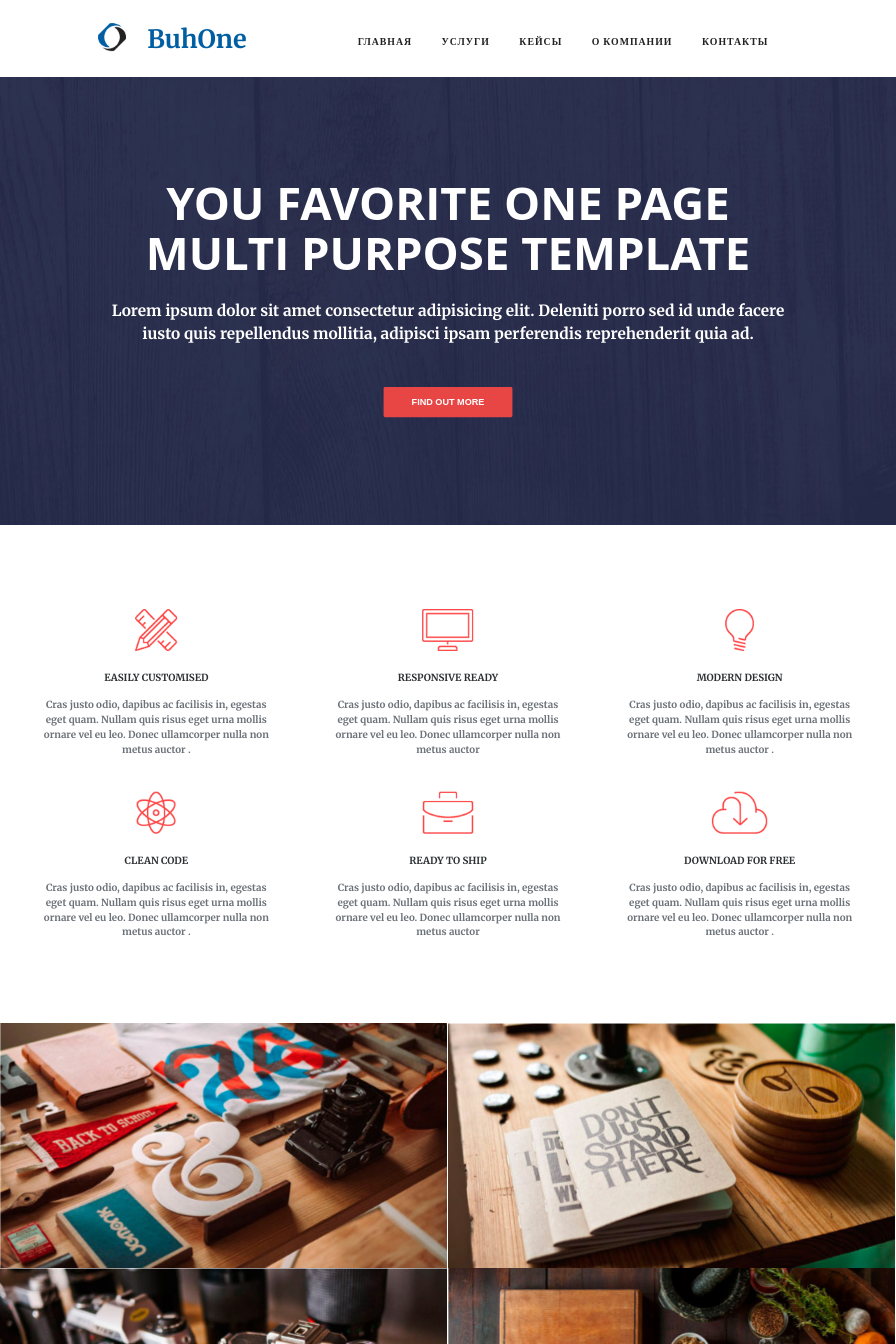
Repository: ZetsubouBilly/test
Page: index.html
These files come from the project's save history. The page is drawn as it stood at one moment and after the next save; the edit follows.
The browser window is 1280 px wide. The pictures show the part of the page from y = 0 to 1920 px (the page is 4929 px tall), at 70% of full size.

Above is the page before, as saved 2023-05-13 12:33:59.

### index.html
<!DOCTYPE html>
<html lang="ru">
<head>
    <meta charset="UTF-8">
    <meta name="viewport" content="width=device-width, initial-scale=1.0, minimum-scale=1.0, maximum-scale=1.0">  <link rel="preconnect" href="https://fonts.gstatic.com">
    <link rel="preconnect" href="https://fonts.googleapis.com">
    <link rel="preconnect" href="https://fonts.gstatic.com" crossorigin>
    <link href="https://fonts.googleapis.com/css2?family=Lato:wght@300;400&family=Merriweather:wght@700;900&display=swap" rel="stylesheet">
    <link rel="stylesheet" type="text/css" href="https://cdn.jsdelivr.net/npm/slick-carousel@1.8.1/slick/slick.css"/>
    <link rel="stylesheet" href="css/style.css">

   <meta name="description" content="Описание страницы">
   <meta name="google" content="notranslate" />
   <meta name="keywords" content="создаие сайтов, верстка сайтов" />

    <title>BuhOne</title>

    <script src="https://cdnjs.cloudflare.com/ajax/libs/jquery/3.5.1/jquery.min.js"></script>

</head>
<body>



<!-- Header -->

 <header class="header" id="header">

            <div class="header__inner">
                <div class="header__inner_l">
                    <div class="header__logo">
                        <img src="img/logo.png" alt="">
                        <p class="header__logo_name">BuhOne</p>
                    </div>
                </div>
                <div class="header__inner_r">
                    <div class="top-line">
                        <div class="top-line_info">
                            <img class="top-line_info_img" src="" alt="">
                            <p class="line_info_text"></p>

                        </div>
                    </div>
                    <nav class="nav" id="nav">
                        <a class="nav__link" href="#" data-scroll="#features">Главная</a>
                        <a class="nav__link" href="#" data-scroll="#works">Услуги</a>
                        <a class="nav__link" href="#" data-scroll="#team">Кейсы</a>
                        <a class="nav__link" href="#" data-scroll="#reviews">О компании</a>
                        <a class="nav__link" href="#" data-scroll="#download">Контакты</a>
                    </nav>
                </div>




                <button class="burger" type="button" id="navToggle">
                    <span class="burger__item">Menu</span>
                </button>

            </div>

 </header>


 <!-- Intro -->

<div class="intro" id="intro">
    <div class="container">
        <div class="intro__inner">
             <h1 class="intro__title">You Favorite One Page Multi Purpose Template</h1>
             <h2 class="intro__subtitle">Lorem ipsum dolor sit amet consectetur adipisicing elit.
                 Deleniti porro sed id unde facere iusto quis repellendus mollitia, adipisci ipsam
                 perferendis reprehenderit quia ad.</h2>
                 <a class="btn  btn--red" href="">Find Out More</a>
        </div>
    </div>
</div>



<!-- Features -->

<div class="container" id="features">
    <div class="features">
        <div class="features__item">
            <img class="features__icon" src="img/features/feature-1.png" alt="">
            <h4 class="features__title">Easily Customised</h4>
            <div class="features__text">Cras justo odio, dapibus ac facilisis in,
                 egestas eget quam. Nullam quis risus eget urna mollis ornare
                 vel eu leo.
                 Donec ullamcorper nulla non metus auctor .</div>
        </div>

        <div class="features__item">
            <img class="features__icon" src="img/features/feature-2.png" alt="">
            <h4 class="features__title">Responsive Ready</h4>
            <div class="features__text">Cras justo odio, dapibus ac facilisis in,
                 egestas eget quam. Nullam quis risus eget urna mollis ornare vel
                  eu leo.
                 Donec ullamcorper nulla non metus auctor </div>

        </div>


        <div class="features__item">
            <img class="features__icon" src="img/features/feature-3.png" alt="">
            <h4 class="features__title">Modern Design</h4>
            <div class="features__text">Cras justo odio, dapibus ac facilisis in,
                 egestas eget quam. Nullam quis risus eget urna mollis ornare
                 vel eu leo.
                 Donec ullamcorper nulla non metus auctor .</div>
        </div>

        <div class="features__item">
            <img class="features__icon" src="img/features/feature-4.png" alt="">
            <h4 class="features__title">Clean Code</h4>
            <div class="features__text">Cras justo odio, dapibus ac facilisis in,
                 egestas eget quam. Nullam quis risus eget urna mollis ornare
                 vel eu leo.
                 Donec ullamcorper nulla non metus auctor .</div>
        </div>

        <div class="features__item">
            <img class="features__icon" src="img/features/feature-5.png" alt="">
            <h4 class="features__title">Ready To Ship</h4>
            <div class="features__text">Cras justo odio, dapibus ac facilisis in,
                 egestas eget quam. Nullam quis risus eget urna mollis ornare vel
                  eu leo.
                 Donec ullamcorper nulla non metus auctor </div>

        </div>


        <div class="features__item">
            <img class="features__icon" src="img/features/feature-6.png" alt="">
            <h4 class="features__title">Download For Free</h4>
            <div class="features__text">Cras justo odio, dapibus ac facilisis in,
                 egestas eget quam. Nullam quis risus eget urna mollis ornare
                 vel eu leo.
                 Donec ullamcorper nulla non metus auctor .</div>
        </div>
    </div><!-- /Features -->
</div>  <!-- /container -->


<!-- Works -->

<div class="works" id="works">
    <div class="works__item">
        <img class="works__photo" src="img/works/work-1.jpg" alt="">
        <div class="works__content">
            <div class="works__title">Project Name</div>
            <div class="works__text">User Interface Design</div>
        </div>
    </div>

    <div class="works__item">
        <img class="works__photo" src="img/works/work-2.jpg" alt="">
        <div class="works__content">
            <div class="works__title">Project Name</div>
            <div class="works__text">User Interface Design</div>
        </div>
    </div>

    <div class="works__item">
        <img class="works__photo" src="img/works/work-3.jpg" alt="">
        <div class="works__content">
            <div class="works__title">Project Name</div>
            <div class="works__text">User Interface Design</div>
        </div>
    </div>

    <div class="works__item">
        <img class="works__photo" src="img/works/work-4.jpg" alt="">
        <div class="works__content">
            <div class="works__title">Project Name</div>
            <div class="works__text">User Interface Design</div>
        </div>
    </div>

    <div class="works__item">
        <img class="works__photo" src="img/works/work-5.jpg" alt="">
        <div class="works__content">
            <div class="works__title">Project Name</div>
            <div class="works__text">User Interface Design</div>
        </div>
    </div>

    <div class="works__item">
        <img class="works__photo" src="img/works/work-6.jpg" alt="">
        <div class="works__content">
            <div class="works__title">Project Name</div>
            <div class="works__text">User Interface Design</div>
        </div>
    </div>

    <div class="works__item">
        <img class="works__photo" src="img/works/work-7.jpg" alt="">
        <div class="works__content">
            <div class="works__title">Project Name</div>
            <div class="works__text">User Interface Design</div>
        </div>
    </div>

    <div class="works__item">
        <img class="works__photo" src="img/works/work-8.jpg" alt="">
        <div class="works__content">
            <div class="works__title">Project Name</div>
            <div class="works__text">User Interface Design</div>
        </div>
    </div>

</div> <!-- /works -->



<!-- Team -->
<div class="team" id="team">
    <div class="container">
        <div class="team__inner">

            <div class="team__item">
                <img class="team__photo" src="img/team/team-1.jpg" alt="">
                <div class="team__name">Ruth Woods</div>
                <div class="team__prof">Founder, CEO</div>
                <div class="team__text">
                    <p>Fusce dapibus, tellus ac cursus commodo, tortor mauris
                         condimentum nibh, ut fermentum massa justo sit amet risus.
                          Maecenas sed diam eget risus varius blandit sit amet non magna.
                         Nullam quis risus eget urna mollis ornare vel eu leo.</p>

                     <p>Fusce dapibus, tellus ac cursus commodo, tortor mauris
                            condimentum nibh, ut fermentum massa justo sit amet risus.
                             Maecenas sed diam eget risus varius blandit sit amet non magna.
                            Nullam quis risus eget urna mollis ornare vel eu leo.</p>
                </div>
                <div class="social">
                    <a class="social__item" href="" target="_blank">
                        <svg class="social__icon">
                            <use xlink:href="#facebook"></use>
                        </svg>
                    </a>

                    <a class="social__item" href="" target="_blank">
                        <svg class="social__icon">
                            <use xlink:href="#twitter"></use>
                        </svg>
                    </a>

                    <a class="social__item" href="" target="_blank">
                        <svg class="social__icon">
                            <use xlink:href="#linkedin"></use>
                        </svg>
                    </a>


                </div>
            </div>

            <div class="team__item">
                <img class="team__photo" src="img/team/team-2.jpg" alt="">
                <div class="team__name">Timothy Reed</div>
                <div class="team__prof">Co-Founder, Developer</div>
                <div class="team__text">
                    <p>Fusce dapibus, tellus ac cursus commodo, tortor mauris
                         condimentum nibh, ut fermentum massa justo sit amet risus.
                          Maecenas sed diam eget risus varius blandit sit amet non magna.
                         Nullam quis risus eget urna mollis ornare vel eu leo..</p>

                     <p>Fusce dapibus, tellus ac cursus commodo, tortor mauris
                            condimentum nibh, ut fermentum massa justo sit amet risus.
                             Maecenas sed diam eget risus varius blandit sit amet non magna.
                            Nullam quis risus eget urna mollis ornare vel eu leo.</p>
                </div>
                <div class="social">
                    <a class="social__item" href="" target="_blank">
                        <svg class="social__icon">
                            <use xlink:href="#facebook"></use>
                        </svg>
                    </a>

                    <a class="social__item" href="" target="_blank">
                        <svg class="social__icon">
                            <use xlink:href="#twitter"></use>
                        </svg>
                    </a>

                    <a class="social__item" href="" target="_blank">
                        <svg class="social__icon">
                            <use xlink:href="#linkedin"></use>
                        </svg>
                    </a>


                </div>
            </div>

            <div class="team__item">
                <img class="team__photo" src="img/team/team-3.jpg" alt="">
                <div class="team__name">Victoria Valdez</div>
                <div class="team__prof">UI Designer</div>
                <div class="team__text">
                    <p>Fusce dapibus, tellus ac cursus commodo, tortor mauris
                         condimentum nibh, ut fermentum massa justo sit amet risus.
                          Maecenas sed diam eget risus varius blandit sit amet non magna.
                         Nullam quis risus eget urna mollis ornare vel eu leo..</p>

                     <p>Fusce dapibus, tellus ac cursus commodo, tortor mauris
                            condimentum nibh, ut fermentum massa justo sit amet risus.
                             Maecenas sed diam eget risus varius blandit sit amet non magna.
                            Nullam quis risus eget urna mollis ornare vel eu leo.</p>
                </div>
                <div class="social">
                    <a class="social__item" href="" target="_blank">
                        <svg class="social__icon">
                            <use xlink:href="#facebook"></use>
                        </svg>
                    </a>

                    <a class="social__item" href="" target="_blank">
                        <svg class="social__icon">
                            <use xlink:href="#twitter"></use>
                        </svg>
                    </a>

                    <a class="social__item" href="" target="_blank">
                        <svg class="social__icon">
                            <use xlink:href="#linkedin"></use>
                        </svg>
                    </a>


                </div>
            </div>

            <div class="team__item">
                <img class="team__photo" src="img/team/team-4.jpg" alt="">
                <div class="team__name">Beverly Little</div>
                <div class="team__prof">Data Scientist</div>
                <div class="team__text">
                    <p>Fusce dapibus, tellus ac cursus commodo, tortor mauris
                         condimentum nibh, ut fermentum massa justo sit amet risus.
                          Maecenas sed diam eget risus varius blandit sit amet non magna.
                         Nullam quis risus eget urna mollis ornare vel eu leo..</p>

                     <p>Fusce dapibus, tellus ac cursus commodo, tortor mauris
                            condimentum nibh, ut fermentum massa justo sit amet risus.
                             Maecenas sed diam eget risus varius blandit sit amet non magna.
                            Nullam quis risus eget urna mollis ornare vel eu leo.</p>
                </div>
                <div class="social">
                    <a class="social__item" href="" target="_blank">
                        <svg class="social__icon">
                            <use xlink:href="#facebook"></use>
                        </svg>
                    </a>

                    <a class="social__item" href="" target="_blank">
                        <svg class="social__icon">
                            <use xlink:href="#twitter"></use>
                        </svg>
                    </a>

                    <a class="social__item" href="" target="_blank">
                        <svg class="social__icon">
                            <use xlink:href="#linkedin"></use>
                        </svg>
                    </a>


                </div>
            </div>

        </div><!-- /team__inner -->
    </div><!-- /container -->
</div><!-- /team -->


<!-- Testimonials -->

<div class="reviews" id="reviews">
    <div class="container">

        <div class="reviews__slider" id="reviewsSlider">
            <div class="slick-item">
             <div class="reviews__item">
                 <div class="reviews__photo">
                     <img class="reviews__img" src="img/reviews/review-1.jpg" alt="">
                 </div>
                 <div class="reviews__content">
                        <div class="reviews__text">“Integer posuere erat a ante venenatis dapibus posuere velit aliquet. Donec sed odio dui. Aenean eu leo quam...”</div>
                       <div class="reviews__author">Susan Sims, Interaction Designer at XYZ</div>
                 </div>
                </div>
            </div>

                <div class="slick-item">
                <div class="reviews__item">
                    <div class="reviews__photo">
                        <img class="reviews__img" src="img/reviews/review-1.jpg" alt="">
                    </div>
                    <div class="reviews__content">
                           <div class="reviews__text">"Lorem ipsum dolor sit amet consectetur, adipisicing elit. Maiores, tempore velit, debitis quasi doloribus vero natus sint ratione temporibus fugiat voluptatum nesciunt modi. Adipisci aliquid voluptatem magni laborum, facilis nisi".</div>
                          <div class="reviews__author">Susan Sims, Interaction Designer at XYZ</div>
                    </div>
                   </div>
                </div>
            </div>
        </div>

    </div>
</div> <!-- /reviews -->




<!-- Download -->

<div class="download" id="download">
    <div class="container">
        <h3 class="download__title">Are You Ready to Start? Download Now For Free!</h3>
        <div class="download__text"><p>Fusce dapibus, tellus ac cursus commodo</p>
        </div>
        <a class="btn  btn--red  btn--long" href="">Download Here</a>
    </div>
</div>


<!-- Footer -->


<footer class="footer">
    <div class="container">

        <div class="footer__inner">
            <div class="footer__block">
                <h4 class="footer__title">Location</h4>
                <address class="footer__adress"><div>3481 Melrose Place</div>
                    <div>Beverly Hills, CA 90210</div>
                </address>
            </div>

            <div class="footer__block">
                <h4 class="footer__title">Share with Love</h4>
                <div class="social  social--footer">
                    <a class="social__item" href="" target="_blank">
                        <svg class="social__icon">
                            <use xlink:href="#facebook"></use>
                        </svg>
                    </a>

                    <a class="social__item" href="" target="_blank">
                        <svg class="social__icon">
                            <use xlink:href="#twitter"></use>
                        </svg>
                    </a>

                    <a class="social__item" href="" target="_blank">
                        <svg class="social__icon">
                            <use xlink:href="#linkedin"></use>
                        </svg>
                    </a>


                </div>
            </div> <!-- /footer__block__social -->

            <div class="footer__block">
                <h4 class="footer__title">About ActiveBox</h4>
                <div class="footer__text"><p>Cras justo odio, dapibus ac facilisis in, egestas eget quam. Donec ullamcorper nulla non metus auctor fringilla.</p></div>
            </div>

        </div> <!-- /footer__inner -->

    </div> <!-- /container -->

    <div class="copyright">
        <div class="container">
          <div class="copyright__text"><div>Copyright © 2015 ActiveBox. All Rights Reserved</div>
           <div>Made  <span>by Kamal Chaneman</span></div>
        </div>
    </div>
</div>
</footer>


<!-- Javascript -->
<script  src="https://cdn.jsdelivr.net/npm/slick-carousel@1.8.1/slick/slick.min.js"></script>
<script src="js/app.js"></script>


</body>
</html>

Loaded but not shown: js/app.js (82 lines, source omitted); css/style.css (802 lines, source omitted)

After the next save:
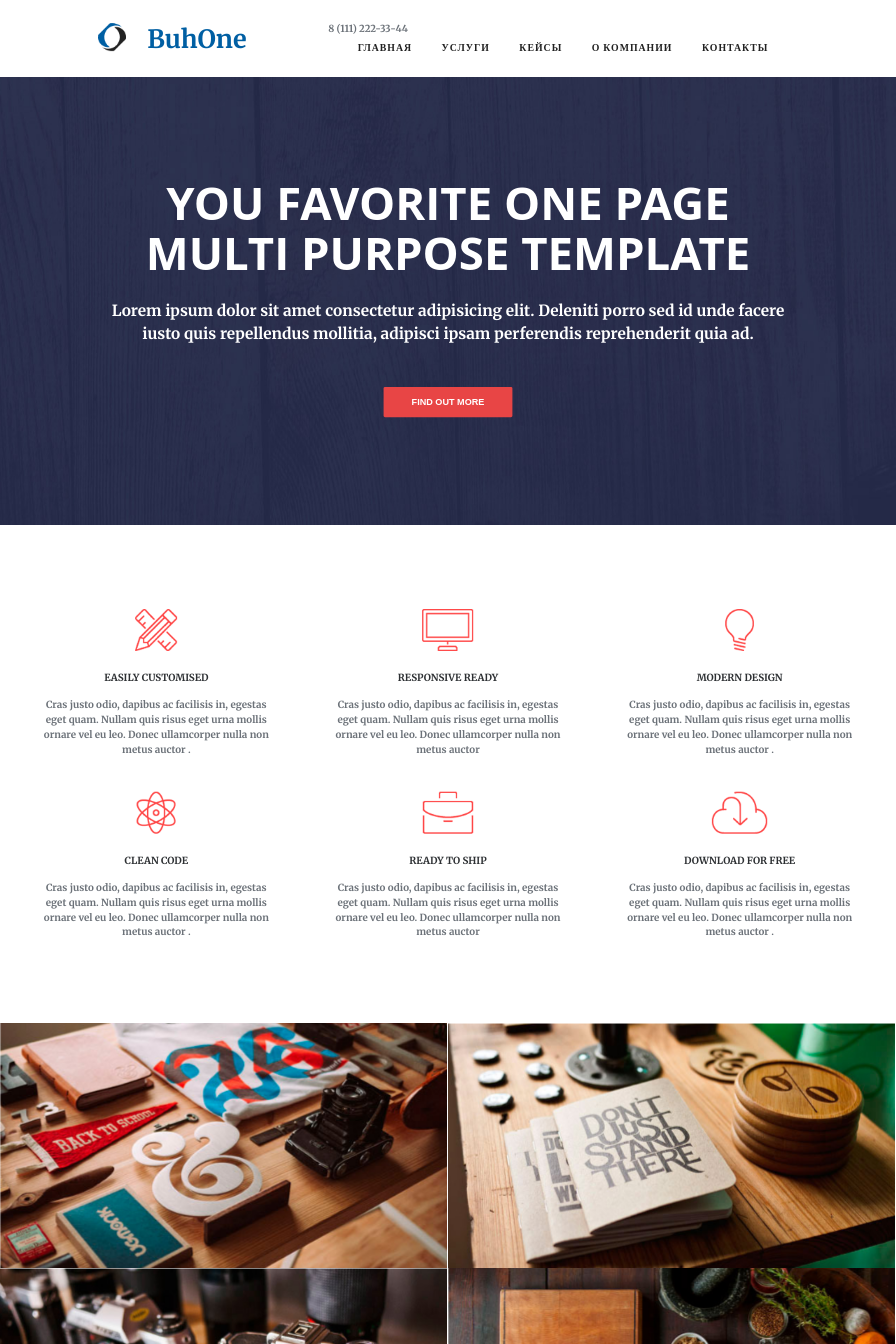
Saved 26 s later.
--- a/index.html
+++ b/index.html
@@ -37,7 +37,7 @@
                     <div class="top-line">
                         <div class="top-line_info">
                             <img class="top-line_info_img" src="" alt="">
-                            <p class="line_info_text"></p>
+                            <p class="line_info_text">8 (111) 222-33-44</p>
 
                         </div>
                     </div>
